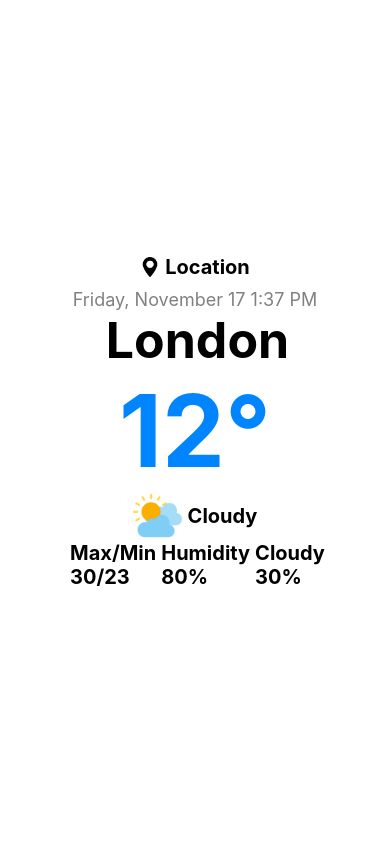
Repository: praveen080/react-native-weatherAppV1
Screen: /
These files come from the project's save history. The screen is drawn as it stood at one moment and after a run of saves; the edit follows.
The app was drawn by React Native's web renderer in a window 390 px wide. The project was rebuilt for these pictures with package versions that can differ from the ones it lists, and the page was loaded fresh each time. Also part of the build but not shown: Screens/startUp.js.

Above is the screen before, as saved 2023-11-17 13:51:06.

After the next 2 saves:
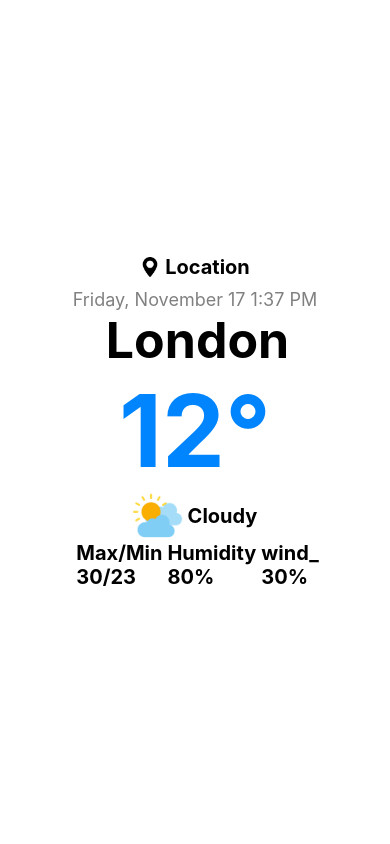
The 2 saves are shown as one change because they came seconds apart.
The last was saved 32 s later.
--- a/Screens/Home.js
+++ b/Screens/Home.js
@@ -43,16 +43,16 @@ const Home = () => {
         <Text style={styles.locationText}>Cloudy</Text>
       </View>
       <View style={styles.locationContainer}>
-        <View >
+        <View>
           <Text style={styles.locationText}>Max/Min</Text>
           <Text style={styles.locationText}>30/23</Text>
         </View>
-        <View >
+        <View>
           <Text style={styles.locationText}>Humidity</Text>
           <Text style={styles.locationText}>80%</Text>
         </View>
-        <View >
-          <Text style={styles.locationText}>Cloudy</Text>
+        <View>
+          <Text style={styles.locationText}>wind_</Text>
           <Text style={styles.locationText}>30%</Text>
         </View>
       </View>
